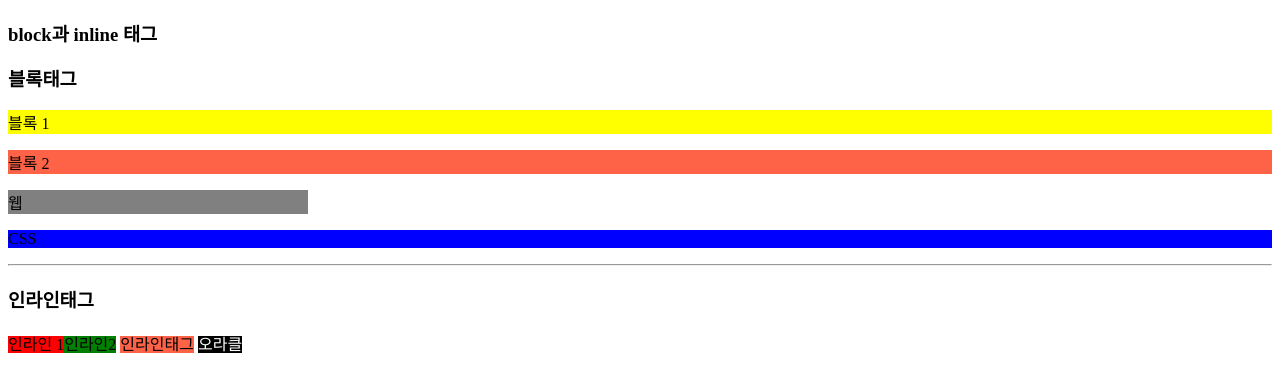
Repository: JiYoon0712/HTML_CSS_javascript
Page: work/study/src/main/webapp/htmlEx/ch02/ex04.html
The author's editor kept a copy of each file at every save. The page is drawn from the files as they stood at one save, then again after the next save.
The browser window is 1280 px wide. The pictures show the whole page.

Above is the page before, as saved 2023-04-03 02:34:56.

### work/study/src/main/webapp/htmlEx/ch02/ex04.html
<!DOCTYPE html>
<html>
<head>
<meta charset="UTF-8">
<title>Insert title here</title>
</head>
<body>

<h3>block과 inline 태그</h3>

<h3>블록태그</h3>

<p style="background: yellow;"> 블록 1 </p><p style="background: tomato;"> 블록 2 </p>
<p style="width:300px; background: gray;"> 웹 </p>
<p style="background: blue;"> CSS </p>
	<!-- 블록 태그는 전후 줄이 벌어짐, 항상 새로운 줄에 출력 -->
	<!-- 블록 태그 폭은 화면 100% -->
	<!-- width, height, margin, padding 적용 가능 -->
	<!-- div, h1~h6, p, ol, ul, li, form, table, hr 등 -->
<hr>

<h3>인라인태그</h3>
<span style="background: red;">인라인 1</span><span style="background: green;">인라인2</span>
<span style="background: tomato;">인라인태그</span>
<span style="width:300px; background: black; color:white;">오라클</span>
	<!-- 인라인 태그는 줄바꿈이 일어나지 않음 -->
	<!-- 인라인 태그 폭은 content 폭과 동일 -->
	<!-- 인라인 태그에서 width, height는 무시 -->
	<!-- 인라인 태그에서 margin, padding은 좌우 간격만 적용 -->
	<!-- 인라인 태그에서 공백, 엔터는 4px정도의 여백이 생김 -->
</body>
</html>

After the next save:
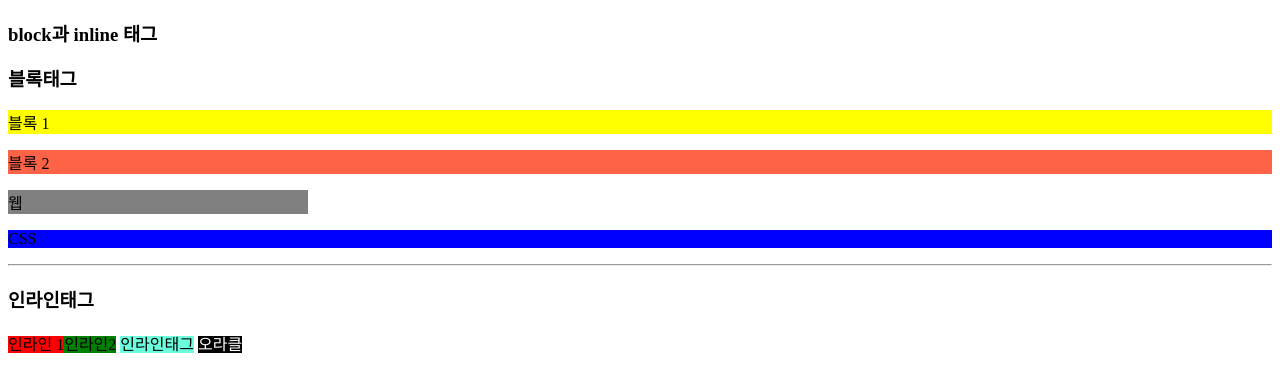
Saved 5 min 17 s later.
--- a/work/study/src/main/webapp/htmlEx/ch02/ex04.html
+++ b/work/study/src/main/webapp/htmlEx/ch02/ex04.html
@@ -21,7 +21,7 @@
 
 <h3>인라인태그</h3>
 <span style="background: red;">인라인 1</span><span style="background: green;">인라인2</span>
-<span style="background: tomato;">인라인태그</span>
+<span style="background: #6cffdd;">인라인태그</span>
 <span style="width:300px; background: black; color:white;">오라클</span>
 	<!-- 인라인 태그는 줄바꿈이 일어나지 않음 -->
 	<!-- 인라인 태그 폭은 content 폭과 동일 -->
